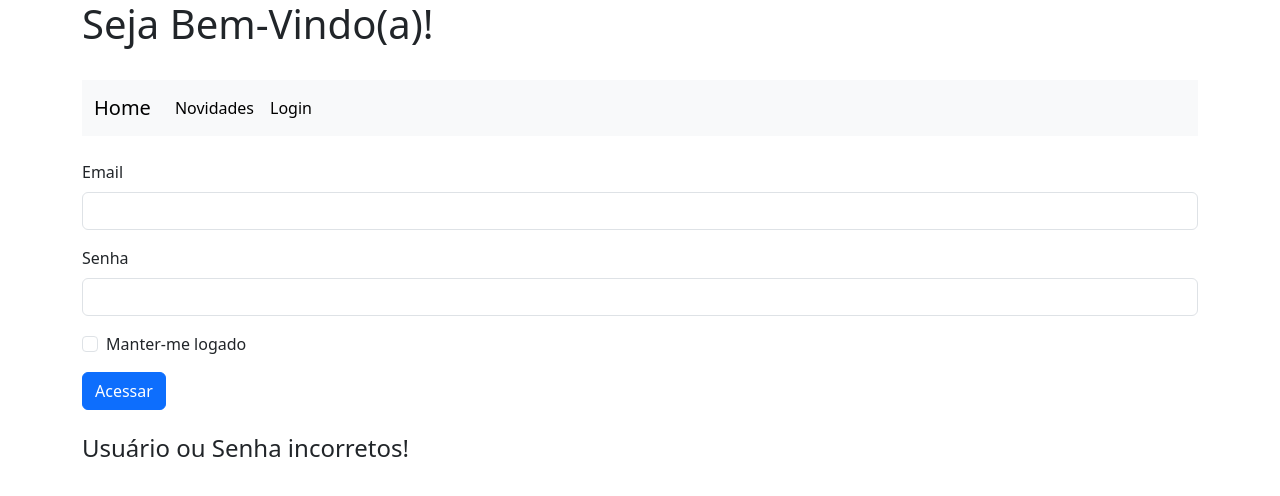
Repository: DianeMascarello/Uc09Senai
Page: http://localhost/SA3Uc09/ServletLogin
An editor plug-in stored every save of this project. The page is shown before and after the next save, followed by the edit.
The browser window is 1280 px wide. The pictures show the whole page.
The page is served by Tomcat 10. Other server files are loaded and not shown.

Above is the page before, as saved 2023-08-08 22:47:30.

### SA3Uc09/src/main/webapp/login.jsp
<%@ page language="java" contentType="text/html; charset=UTF-8"
	pageEncoding="UTF-8"%>
<!DOCTYPE html>
<html>
<head>
<meta charset="UTF-8">
<link>
<title>Login</title>
<link
	href="https://cdn.jsdelivr.net/npm/bootstrap@5.3.1/dist/css/bootstrap.min.css"
	rel="stylesheet"
	integrity="sha384-4bw+/aepP/YC94hEpVNVgiZdgIC5+VKNBQNGCHeKRQN+PtmoHDEXuppvnDJzQIu9"
	crossorigin="anonymous">

</head>
<body>
	<div class="container">
		<h1>Seja Bem-Vindo(a)!</h1>
		<br>
		<nav class="navbar navbar-expand-lg bg-body-tertiary">
			<div class="container-fluid">
				<a class="navbar-brand" href="index.jsp">Home</a>
				<button class="navbar-toggler" type="button"
					data-bs-toggle="collapse" data-bs-target="#navbarSupportedContent"
					aria-controls="navbarSupportedContent" aria-expanded="false"
					aria-label="Toggle navigation">
					<span class="navbar-toggler-icon"></span>
				</button>
				<div class="collapse navbar-collapse" id="navbarSupportedContent">
					<ul class="navbar-nav me-auto mb-2 mb-lg-0">
						<li class="nav-item"><a class="nav-link active"
							aria-current="page" href="#">Novidades</a></li>
						<li class="nav-item"><a class="nav-link active"
							aria-current="page" href="login.jsp">Login</a></li>
					</ul>
				</div>
			</div>
		</nav>
		<br>

		<form action="ServletInicial" method="post">
			<div class="mb-3">
				<label for="exampleInputEmail1" class="form-label">Email</label> <input
					type="email" class="form-control" name="email"
					id="exampleInputEmail1" aria-describedby="emailHelp" required>
			</div>
			<div class="mb-3">
				<label for="exampleInputPassword1" class="form-label">Senha</label>
				<input type="password" class="form-control" name="senha"
					id="exampleInputPassword1">
			</div>
			<div class="mb-3 form-check">
				<input type="checkbox" class="form-check-input" id="exampleCheck1">
				<label class="form-check-label" for="exampleCheck1">Manter-me
					logado</label>
			</div>
			<button type="submit" class="btn btn-primary">Acessar</button>
		</form>
		<br>

		<script
			src="https://cdn.jsdelivr.net/npm/bootstrap@5.3.1/dist/js/bootstrap.bundle.min.js"
			integrity="sha384-HwwvtgBNo3bZJJLYd8oVXjrBZt8cqVSpeBNS5n7C8IVInixGAoxmnlMuBnhbgrkm"
			crossorigin="anonymous"></script>

			<h4> ${mensagem} </h4>
</body>
</html>

### SA3Uc09/src/main/java/controller/ServletLogin.java
package controller;

import jakarta.security.auth.message.callback.PrivateKeyCallback.Request;
import jakarta.servlet.RequestDispatcher;
import jakarta.servlet.ServletException;
import jakarta.servlet.annotation.WebServlet;
import jakarta.servlet.http.HttpServlet;
import jakarta.servlet.http.HttpServletRequest;
import jakarta.servlet.http.HttpServletResponse;
import java.io.IOException;

@WebServlet("/ServletInicial")
public class ServletLogin extends HttpServlet {
	private static final long serialVersionUID = 1L;


    public ServletLogin() {
            }


	protected void doGet(HttpServletRequest request, HttpServletResponse response) throws ServletException, IOException {

	}


	protected void doPost(HttpServletRequest request, HttpServletResponse response) throws ServletException, IOException {
		String usuario = request.getParameter("email");
		String senha = request.getParameter("senha");

		if (usuario != null && !usuario.isEmpty() && senha != null && !senha.isEmpty()) {
		}
		else {
			RequestDispatcher redireciona = request.getRequestDispatcher("/login.jsp");
			request.setAttribute("mensagem", "Usuário ou Senha incorreto!");
			redireciona.forward(request, response);
		}

	}

}

After the next save:
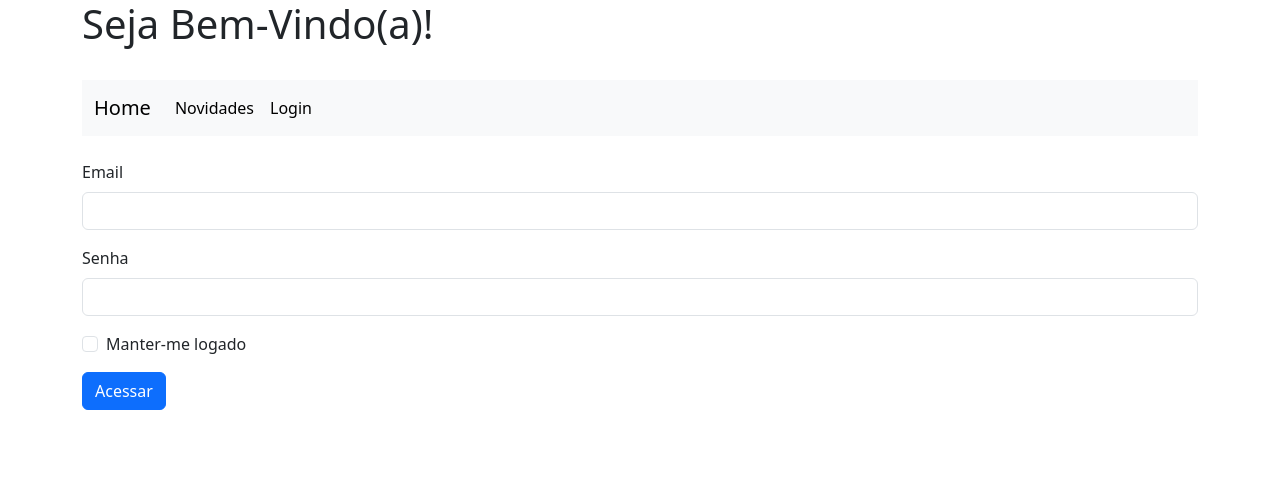
Saved 4 min 31 s later.
--- a/SA3Uc09/src/main/webapp/login.jsp
+++ b/SA3Uc09/src/main/webapp/login.jsp
@@ -63,6 +63,27 @@
 			integrity="sha384-HwwvtgBNo3bZJJLYd8oVXjrBZt8cqVSpeBNS5n7C8IVInixGAoxmnlMuBnhbgrkm"
 			crossorigin="anonymous"></script>
 
-			<h4> ${mensagem} </h4>
+
+
+			<div class="modal" tabindex="-1">
+  <div class="modal-dialog">
+    <div class="modal-content">
+      <div class="modal-header">
+        <h5 class="modal-title">Atenção</h5>
+        <button type="button" class="btn-close" data-bs-dismiss="modal" aria-label="Close"></button>
+      </div>
+      <div class="modal-body">
+        <p> ${mensagem} </p>
+      </div>
+      <div class="modal-footer">
+        <button type="button" class="btn btn-secondary" data-bs-dismiss="modal">Ok</button>
+      </div>
+    </div>
+  </div>
+</div>
+
+
+
+<%-- 		<h4> ${mensagem} </h4> --%>
 </body>
 </html>

After the save that followed:
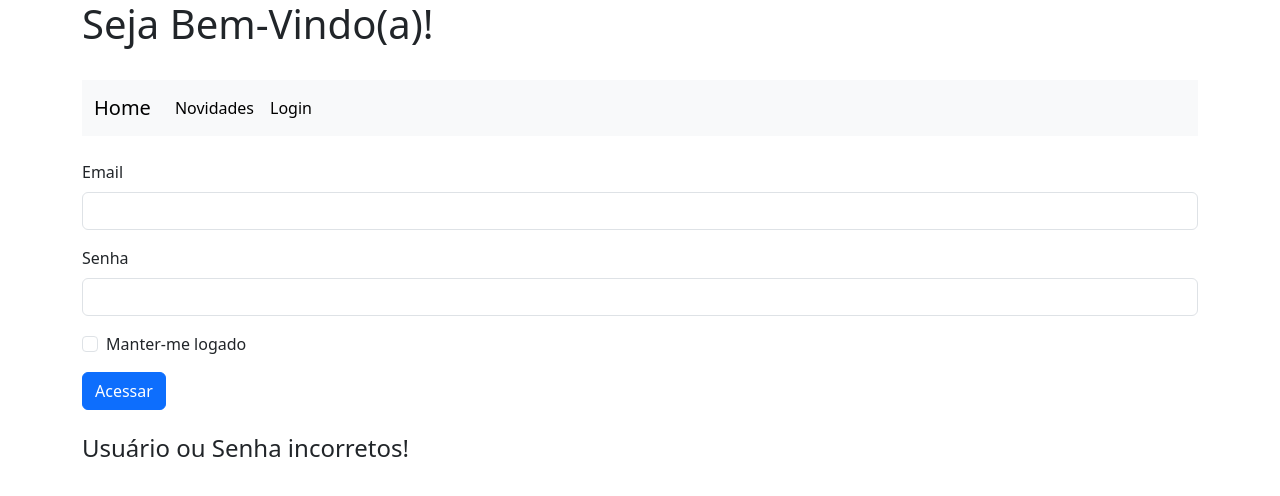
Saved 8 min 2 s later.
--- a/SA3Uc09/src/main/webapp/login.jsp
+++ b/SA3Uc09/src/main/webapp/login.jsp
@@ -65,25 +65,6 @@
 
 
 
-			<div class="modal" tabindex="-1">
-  <div class="modal-dialog">
-    <div class="modal-content">
-      <div class="modal-header">
-        <h5 class="modal-title">Atenção</h5>
-        <button type="button" class="btn-close" data-bs-dismiss="modal" aria-label="Close"></button>
-      </div>
-      <div class="modal-body">
-        <p> ${mensagem} </p>
-      </div>
-      <div class="modal-footer">
-        <button type="button" class="btn btn-secondary" data-bs-dismiss="modal">Ok</button>
-      </div>
-    </div>
-  </div>
-</div>
-
-
-
-<%-- 		<h4> ${mensagem} </h4> --%>
+ 		<h4> ${mensagem} </h4>
 </body>
 </html>
